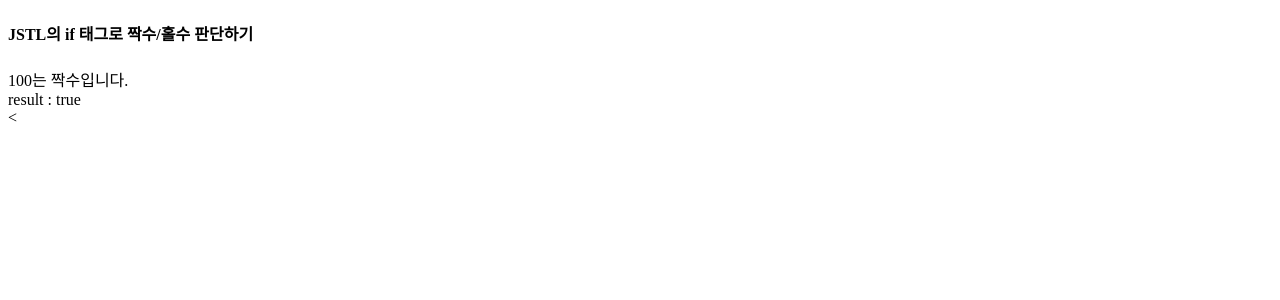
Repository: Charles0304/JSP
Page: http://localhost/MustHaveJSP/11JSTL/core/If.jsp
An editor plug-in stored every save of this project. The page is shown before and after the next save, followed by the edit.
The browser window is 1280 px wide. The pictures show the whole page.
The page is served by Tomcat 10. Nobody is signed in. The application's start-up code is not run. Other server files are loaded and not shown.

Above is the page before, as saved 2024-04-25 02:59:37.

### MustHaveJSP/src/main/webapp/11JSTL/core/If.jsp
<%@ page language="java" contentType="text/html; charset=UTF-8"
    pageEncoding="UTF-8"%>
<%@ taglib prefix = "c" uri = "jakarta.tags.core" %>
<!DOCTYPE html>
<html>
<head>
<meta charset="UTF-8">
<title>JSTL - if</title>
</head>
<body>
	<c:set var = "number" value = "100"/>
	<c:set var = "string" value = "JSP"/>

	<h4>JSTL의 if 태그로 짝수/홀수 판단하기</h4>
	<c:if test = "${number mod 2 eq 0 }" var = "result">
		${number }는 짝수입니다. <br/>
	</c:if>
	result : ${result } <br/>

	<
</body>
</html>

After the next save:
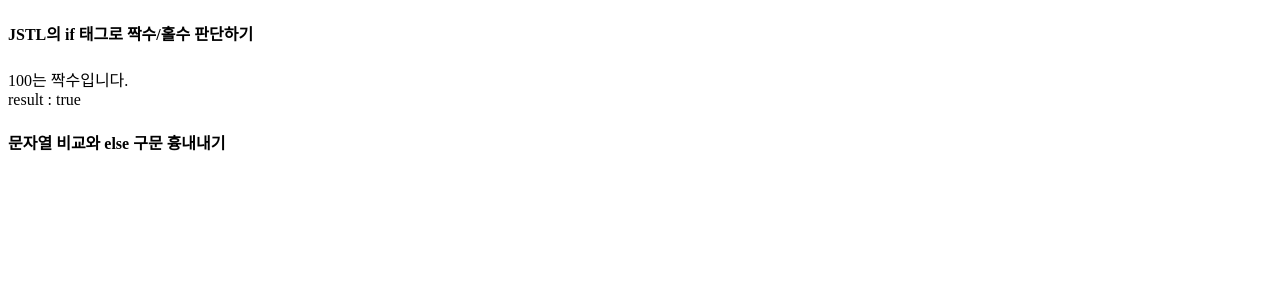
Saved 57 s later.
--- a/MustHaveJSP/src/main/webapp/11JSTL/core/If.jsp
+++ b/MustHaveJSP/src/main/webapp/11JSTL/core/If.jsp
@@ -17,6 +17,9 @@
 	</c:if>
 	result : ${result } <br/>
 
-	<
+	<h4>문자열 비교와 else 구문 흉내내기</h4>
+	<c:if test = "${string eq 'Java' }" var= "result2">
+		문자열은 Java입니다.<br/>
+	</c:if>
 </body>
 </html>
